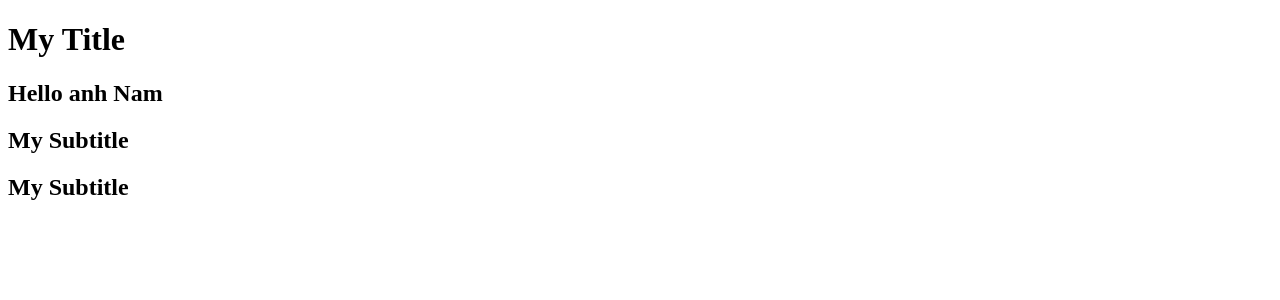
Repository: binhphanbp/WEB2064_JavaScript-Advanced_WD20305
Page: lesson/lesson3/lesson3.html
The author's editor kept a copy of each file at every save. The page is drawn from the files as they stood at one save, then again after the next save.
The browser window is 1280 px wide. The pictures show the whole page.

Above is the page before, as saved 2025-09-19 11:10:16.
Console error: SyntaxError: Identifier 'h1' has already been declared

After the next save:
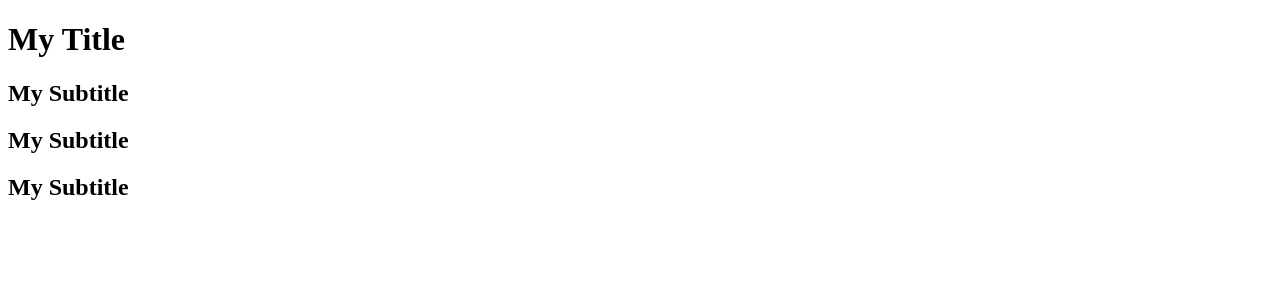
Console error: SyntaxError: Identifier 'h2' has already been declared
Saved 17 s later.
--- a/lesson/lesson3/lesson3.js
+++ b/lesson/lesson3/lesson3.js
@@ -14,6 +14,6 @@
 //! Nếu truyền vào một tên thẻ không có trên DOM -> trả về HTMLCollection rỗng
 
 //* getElementsByClassName trả về một HTMLCollection (gần giống như Array)
-const h3 = document.getElementsByClassName('h3');
+const h2 = document.getElementsByClassName('h3');
 console.log(h3); // HTMLCollection
 //! Nếu truyền vào một tên class không có trên DOM -> trả về HTMLCollection rỗng

After the 2 saves that followed:
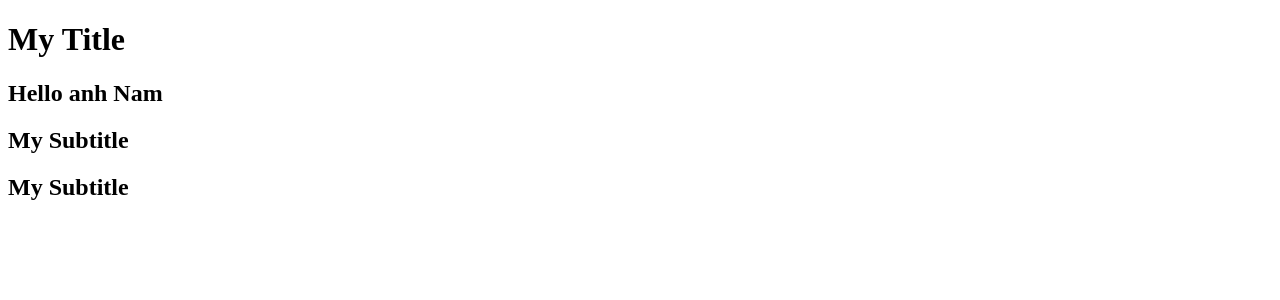
Console error: ReferenceError: h3 is not defined
The 2 saves are shown as one change because 1 left the picture as it was.
The last was saved 17 s later.
--- a/lesson/lesson3/lesson3.js
+++ b/lesson/lesson3/lesson3.js
@@ -14,6 +14,6 @@
 //! Nếu truyền vào một tên thẻ không có trên DOM -> trả về HTMLCollection rỗng
 
 //* getElementsByClassName trả về một HTMLCollection (gần giống như Array)
-const h2 = document.getElementsByClassName('h3');
+const subtitle = document.getElementsByClassName('subtile');
 console.log(h3); // HTMLCollection
 //! Nếu truyền vào một tên class không có trên DOM -> trả về HTMLCollection rỗng
